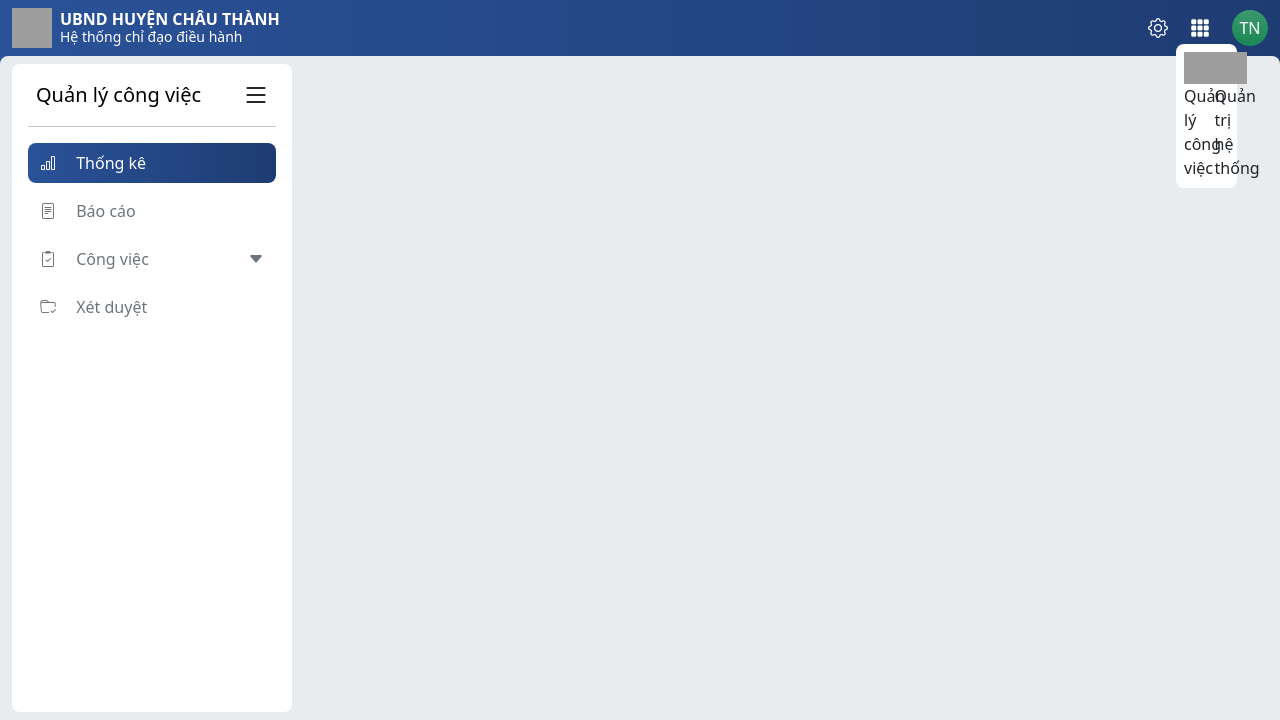
Repository: mys-pro/DATT-HeThongChiDaoDieuHanh
Page: index.html
An editor plug-in stored every save of this project. The page is shown before and after the next save, followed by the edit.
The browser window is 1280 px wide. The pictures show the whole page.
Pictures or frames that could not be fetched are drawn as grey boxes.

Above is the page before, as saved 2024-04-21 15:01:01.

### index.html
<!DOCTYPE html>
<html lang="en">

<head>
    <meta charset="UTF-8">
    <meta name="viewport" content="width=device-width, initial-scale=1.0">
    <link rel="icon" href="./Assets/Image/icon.png" />
    <title>Hệ thống chỉ đạo điều hành</title>
    <link rel="stylesheet" href="./Bootstrap/bootstrap-icons-1.11.3/font/bootstrap-icons.min.css">
    <link rel="stylesheet" href="./Bootstrap/bootstrap-5.3.3-dist/css/bootstrap.min.css">
    <link rel="stylesheet" href="./Assets/css/Styles.css">
    <script src="./Assets/js/jquery-3.7.1.min.js"></script>
    <script src="./Bootstrap/bootstrap-5.3.3-dist/js/bootstrap.bundle.min.js"></script>
    <script src="./Assets/js/script.js"></script>
</head>

<body>
    <div class="app">
        <header class="header">
            <nav class="header__navbar navbar">
                <div class="header__navbar-container container-fluid">
                    <a href="#" class="header__navbar-logo navbar-brand p-0 d-flex">
                        <img class="header__navbar-img" src="./Assets/Image/Logo.png" alt="">
                        <div class="header__navbar-name mx-2 text-white align-content-center">
                            <h6 class="fw-bold p-0 m-0">UBND HUYỆN CHÂU THÀNH</h6>
                            <h6 class="fw-normal p-0 m-0">Hệ thống chỉ đạo điều hành</h6>
                        </div>
                    </a>

                    <ul class="header__navbar-list list-inline p-0 m-0 d-flex">
                        <li class="header__navbar-item ms-3 align-content-center">
                            <a class="border-0 bg-transparent rounded-circle text-white">
                                <i class="bi bi-gear fs-5"></i>
                            </a>
                        </li>
                        <li class="header__navbar-item ms-3 align-content-center position-relative">
                            <button type="button" class="border-0 bg-transparent rounded-circle text-white"
                            id="dropdown-apps">
                                <i class="bi bi-grid-3x3-gap-fill fs-5"></i>
                            </button>
                            <div class="row row-cols-2 gx-3 bg-white rounded-3 position-absolute py-2" id="list-apps">
                                <div class="col">
                                    <img src="./Assets/Image/task-icon.png" alt="" width="32px" height="32px">
                                    Quản lý công việc
                                </div>
                                <div class="col">
                                    <img src="./Assets/Image/admin-icon.png" alt="" width="32px" height="32px">
                                    Quản trị hệ thống
                                </div>
                            </div>
                        </li>
                        <li class="header__navbar-item ms-3">
                            <div class="header__navbar-avatar border-0 bg-success bg-gradient rounded-circle text-white text-center align-content-center">TN</div>
                        </li>
                    </ul>
                </div>
            </nav>
        </header>

        <div class="app__container bg-body-secondary rounded-top-3 py-2">
            <div class="container-fluid">
                <div class="sidebar bg-white rounded-3 p-3 open">
                    <div class="side__bar-tile d-flex position-relative">
                        <span class="ms-2 text-black fs-5 text-nowrap">Quản lý công việc</span>
                        <button type="button"
                            class="sidebar__collapse-btn border-0 bg-white position-absolute text-end end-0">
                            <i class="bi bi-list"></i>
                        </button>
                    </div>
                    <hr>

                    <ul class="sidebar-list list-unstyled p-0 m-0">
                        <li class="sidebar-item mb-2">
                            <a href="#" class="rounded-3 text-secondary text-nowrap d-block active">
                                <i class="bi bi-bar-chart me-3"></i>
                                <span>Thống kê</span>
                            </a>
                        </li>

                        <li class="sidebar-item mb-2">
                            <a href="#" class="rounded-3 text-secondary text-nowrap d-block">
                                <i class="bi bi-file-text me-3"></i>
                                <span>Báo cáo</span>
                            </a>
                        </li>

                        <li class="sidebar-item mb-2">
                            <a href="#" class="position-relative rounded-3 text-secondary text-nowrap d-block collapsed"
                                data-bs-toggle="collapse" data-bs-target="#sidebarToggleExternalContent">
                                <i class="bi bi-clipboard2-check me-3"></i>
                                <span>Công việc</span>
                                <i class="bi bi-caret-down-fill"></i>
                            </a>

                            <ul class="sidebar-list-child collapse list-inline text-secondary text-nowrap"
                                id="sidebarToggleExternalContent">
                                <li class="sidebar-item-child mt-2">
                                    <a href="#"
                                        class="text-secondary rounded-3 text-nowrap d-block d-flex justify-content-between align-items-center active">
                                        Tất cả
                                        <span class="badge text-bg-danger rounded-pill">1</span>
                                    </a>
                                </li>
                                <li class="sidebar-item-child mt-2">
                                    <a href="#"
                                        class="text-secondary rounded-3 text-nowrap d-block d-flex justify-content-between align-items-center">
                                        Dự thảo
                                        <span class="badge text-bg-danger rounded-pill">1</span>
                                    </a>
                                </li>
                                <li class="sidebar-item-child mt-2">
                                    <a href="#"
                                        class="text-secondary rounded-3 text-nowrap d-block d-flex justify-content-between align-items-center">
                                        Hoàn thành
                                        <span class="badge text-bg-danger rounded-pill">1</span>
                                    </a>
                                </li>
                                <li class="sidebar-item-child mt-2">
                                    <a href="#"
                                        class="text-secondary rounded-3 text-nowrap d-block d-flex justify-content-between align-items-center">
                                        Chờ phê duyệt
                                        <span class="badge text-bg-danger rounded-pill">1</span>
                                    </a>
                                </li>
                                <li class="sidebar-item-child mt-2">
                                    <a href="#"
                                        class="text-secondary rounded-3 text-nowrap d-block d-flex justify-content-between align-items-center">
                                        Làm lại
                                        <span class="badge text-bg-danger rounded-pill">1</span>
                                    </a>
                                </li>
                                <li class="sidebar-item-child mt-2">
                                    <a href="#"
                                        class="text-secondary rounded-3 text-nowrap d-block d-flex justify-content-between align-items-center">
                                        Bị hủy
                                        <span class="badge text-bg-danger rounded-pill">1</span>
                                    </a>
                                </li>
                            </ul>
                        </li>

                        <li class="sidebar-item mb-2">
                            <a href="#" class="rounded-3 text-secondary text-nowrap d-block">
                                <i class="bi bi-folder-check me-3"></i>
                                <span>Xét duyệt</span>
                            </a>
                        </li>
                    </ul>
                </div>
            </div>
        </div>
    </div>
</body>

</html>

### Assets/css/Styles.css
:root {
    --primary-color: #2a5298;
    --primary-gradient-color: linear-gradient(to left, #1e3c72, #2a5298);
    --bs-body-color: #212529;
}

body {
    overflow: auto;
}

.col-0 {
    display: none;
}

.app {
    background-image: var(--primary-gradient-color);
}
/* ======Navbar====== */
.header__navbar-img {
    width: 40px;
    height: 40px;
}

.header__navbar-name h6:first-child {
    font-size: 16px;
}

.header__navbar-name h6:last-child {
    font-size: 14px;
}

.header__navbar-avatar {
    width: 36px;
    height: 36px;
}

.header__navbar-item a {
    cursor: pointer;
}

.header__navbar-item span {
    top: 25%;
    right: -15px;
}
/* ======Sidebar====== */
.sidebar {
    --height: calc(100vh - 56px - 16px);
    min-height: var(--height);
    width: 72px;
    transition: all .2s ease-out;
}

.sidebar.open {
    width: 280px;
}

.sidebar a {
    padding: 8px 12px;
    text-decoration: none;
    overflow: hidden;
}

.sidebar span {
    overflow: hidden;
}

.sidebar__collapse-btn {
    font-size: 28px;
    line-height: 0;
}

.sidebar-list-child {
    overflow: hidden;
}

.sidebar-item > a:hover {
    background-color: rgba(0, 0, 0, 0.05) !important;
}

.sidebar-item > a:active {
    background-color: rgba(0, 0, 0, 0.1) !important;
}

.sidebar-item > a.active {
    background-image: var(--primary-gradient-color);
    color: white !important;
}

.sidebar:not(.open) .sidebar-list-child {
    display: none;
}

.sidebar-item > a[data-bs-toggle="collapse"].collapsed > i:last-child {
    position: absolute;
    right: 12px;
    top: 0.5rem;
    transform: rotate(0deg);
    transition: all .2s ease-out;
}

.sidebar-item > a[data-bs-toggle="collapse"] > i:last-child {
    position: absolute;
    right: 12px;
    top: 0.5rem;
    transform: rotate(180deg);
    transition: all .2s ease-out;
}

.sidebar:not(.open) .sidebar-item > a[data-bs-toggle="collapse"] > i:last-child {
    display: none;
}

.sidebar-item-child > a:not(.active):hover {
    background-color: rgba(0, 0, 0, 0.05) !important;
}

.sidebar-item-child > a:not(.active):active,
.sidebar-item-child > a.active {
    background-color: rgba(0, 0, 0, 0.1) !important;
}

@media (max-width: 576px) {
    .sidebar {
        display: none;
    }

    .header__navbar-list {
        display: none !important;
    }
}

### Assets/js/script.js
$(document).ready(function() {
    $('.sidebar__collapse-btn').click(function() {
        $(".sidebar").toggleClass("open");
    });

    $('.sidebar-item > a').click(function() {
        $('.sidebar-item > a').removeClass("active");
        $(this).addClass("active");
        $('#sidebarToggleExternalContent').collapse('hide');
    });

    $('.sidebar-item > a[data-bs-toggle="collapse"]').click(function() {
        $('.sidebar-item-child > a').removeClass("active");
        $('.sidebar-item-child > a:first').addClass("active");
      });

    $('.sidebar-item-child > a').click(function() {
        $('.sidebar-item-child > a').removeClass("active");
        $(this).addClass("active");
    });
});

Loaded but not shown: library/Bootstrap/bootstrap-icons-1.11.3/font/bootstrap-icons.min.css (library); library/Bootstrap/bootstrap-5.3.3-dist/css/bootstrap.min.css (library); Public/js/jquery-3.7.1.min.js (library); library/Bootstrap/bootstrap-5.3.3-dist/js/bootstrap.bundle.min.js (library)

After the next save:
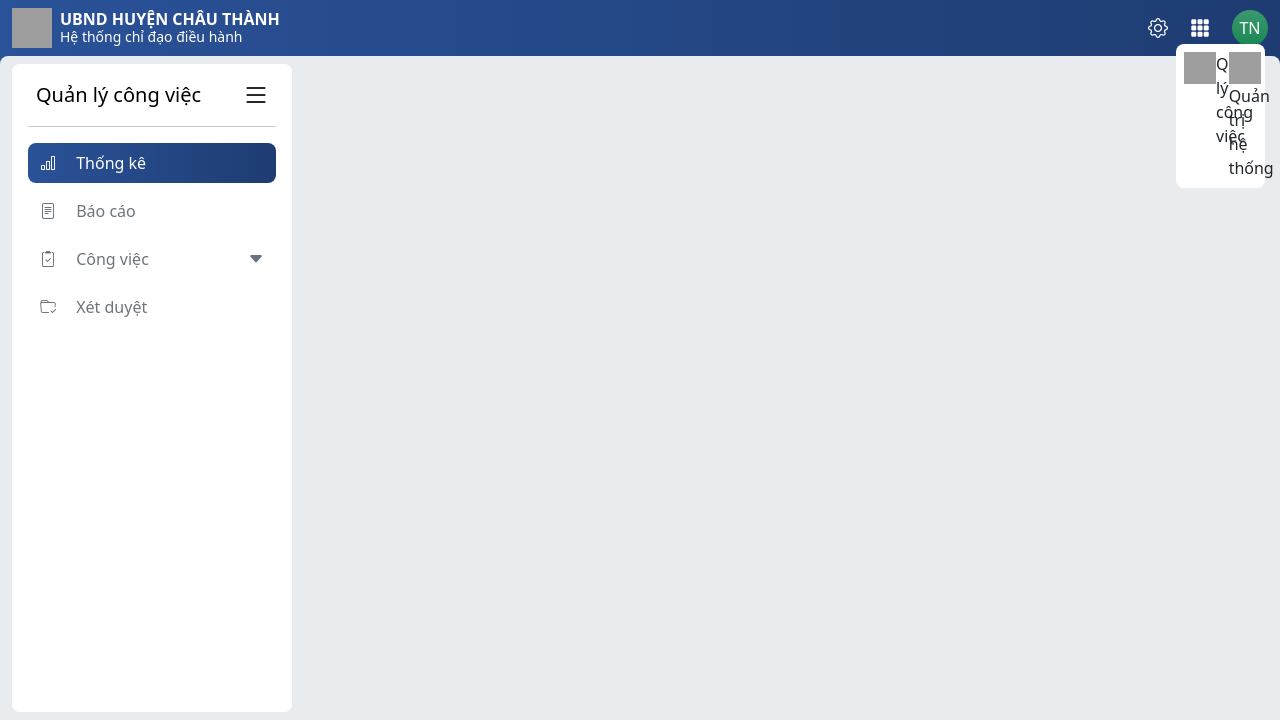
Saved 10 s later.
--- a/index.html
+++ b/index.html
@@ -39,7 +39,7 @@
                                 <i class="bi bi-grid-3x3-gap-fill fs-5"></i>
                             </button>
                             <div class="row row-cols-2 gx-3 bg-white rounded-3 position-absolute py-2" id="list-apps">
-                                <div class="col">
+                                <div class="col d-flex">
                                     <img src="./Assets/Image/task-icon.png" alt="" width="32px" height="32px">
                                     Quản lý công việc
                                 </div>
